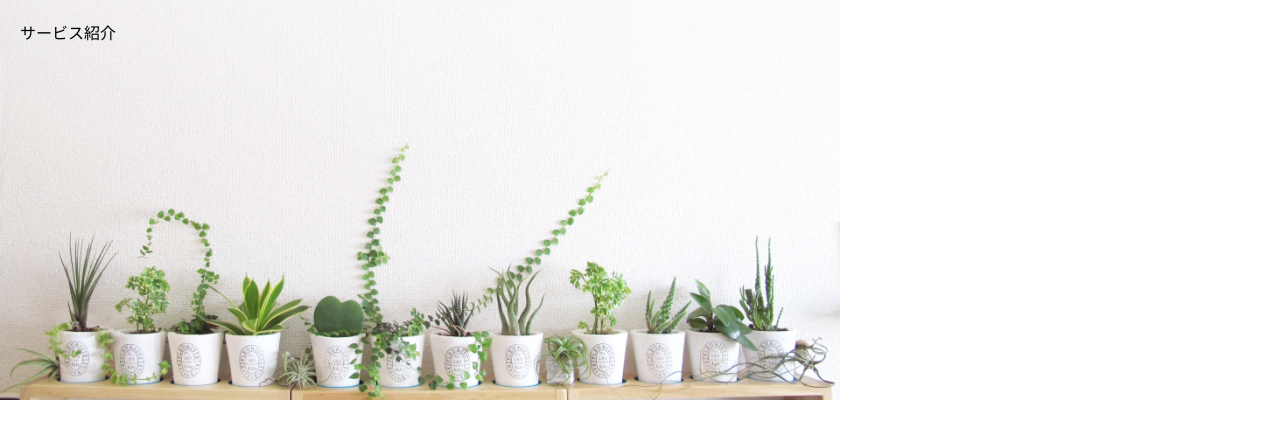
Repository: alamsamiha/html_css
Page: chapter7_exercise/ch7.html
The author's editor kept a record of every edit. The page is drawn from the files as they stood at one moment, then again after the next edit.
The browser window is 1280 px wide. The pictures show the whole page.

Above is the page before.

### chapter7_exercise/ch7.html
<!DOCTYPE <!DOCTYPE html>
<html>
  <head>
  <meta charset="UTF-8" />
  <link rel="stylesheet" href="ch7.css"/>
  <title>演習問題7</title>
  </head>

  <body>
    <div class="main-visual">
      <div class="main-visual-content">
        <p class="main-visual-text">
          サービス紹介
        </p>
      </div>
    </div>

    <main>



    </main>



  </body>

</html>

### chapter7_exercise/ch7.css
* {
  margin: 0;
  padding: 0;
  box-sizing: border-box;
}

.main-visual{
  width: 840px;
  height: 400px;
  background-image: url(img/mv.jpg);
  background-size: cover; /* 縦横比を維持したまま背景領域を埋め尽くす */
  background-position: bottom; /* 背景画像を中央に配置 */
}

.main-visual-content{
  width: 840px;
  height: 400px;

}

.main-visual-text{
  padding: 20px;
}

After the next edit:
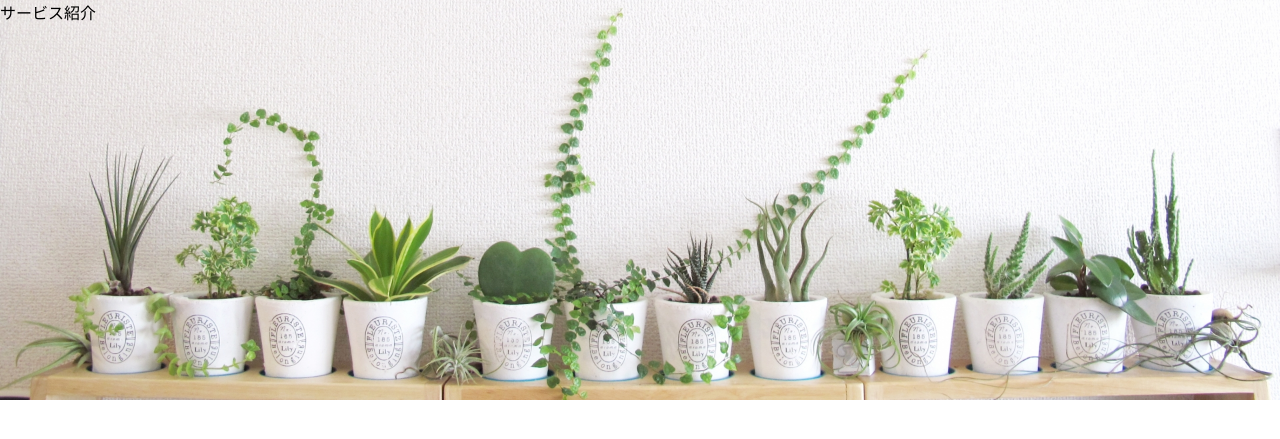
The edit:
--- a/chapter7_exercise/ch7.css
+++ b/chapter7_exercise/ch7.css
@@ -4,20 +4,42 @@
   box-sizing: border-box;
 }
 
-.main-visual{
-  width: 840px;
+.main-visual {
   height: 400px;
+  width: 100%;
   background-image: url(img/mv.jpg);
-  background-size: cover; /* 縦横比を維持したまま背景領域を埋め尽くす */
-  background-position: bottom; /* 背景画像を中央に配置 */
+  background-size: cover;
+  background-position: bottom;
 }
 
-.main-visual-content{
-  width: 840px;
-  height: 400px;
-
+.headline {
+  padding: 20px;
 }
 
-.main-visual-text{
-  padding: 20px;
+main {
+  width: 840px;
+  margin: 50px auto;
 }
+
+.service1 {
+  margin-bottom: 30px;
+  border-bottom: 1px solid #d1d1d1;
+  padding-bottom: 30px;
+}
+
+.service2 {
+  margin-bottom: 30px;
+  border-bottom: 1px solid #d1d1d1;
+  padding-bottom: 30px;
+}
+
+.service3 {
+  margin-bottom: 30px;
+  border-bottom: 1px solid #d1d1d1;
+  padding-bottom: 30px;
+}
+
+.service4 {
+  border-bottom: 1px solid #d1d1d1;
+  padding-bottom: 30px;
+}
